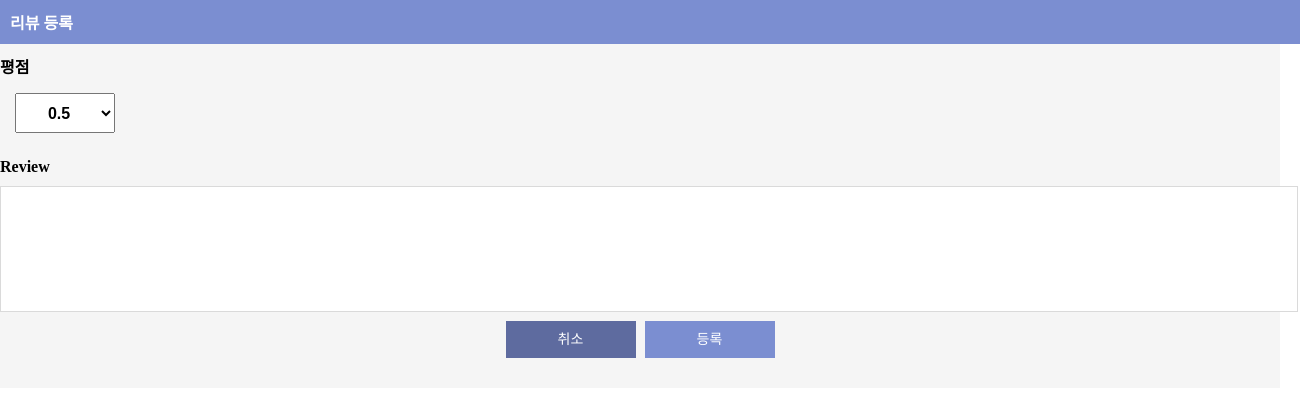
Repository: KimYoungHwans/Yproject
Page: http://localhost/Yproject/WEB-INF/views/replyEnroll.jsp
These files come from the project's save history. The page is drawn as it stood at one moment and after the next save; the edit follows.
The browser window is 1280 px wide. The page is 1300 px wide, so the pictures cover 1300 px, including what lies to the right of the window. The pictures show the whole page.
The page is served by Tomcat 9. Nobody is signed in. Other server files are loaded and not shown. The template is opened directly, without the code that normally fills it, so the values that code supplies are empty.

Above is the page before, as saved 2023-01-18 07:07:54.

### workspace/Yproject/src/main/webapp/WEB-INF/views/replyEnroll.jsp
<%@ page language="java" contentType="text/html; charset=UTF-8"
    pageEncoding="UTF-8"%>
<!DOCTYPE html>
<html>
<head>
<meta charset="UTF-8">
<title>Insert title here</title>

<script
  src="https://code.jquery.com/jquery-3.4.1.js"
  integrity="sha256-WpOohJOqMqqyKL9FccASB9O0KwACQJpFTUBLTYOVvVU="
  crossorigin="anonymous"></script>

   <style type="text/css">
  	/* 창 여분 없애기 */
  	body{
  		margin : 0;
  	}
  	/* 전체 배경화면 색상 */
  	.wrapper_div{
		background-color: #f5f5f5;
	    height: 100%;
  	}
 	/* 팝업창 제목 */
  	.subject_div{
	    width: 100%;
	    background-color: #7b8ed1;
	    color: white;
	    padding: 10px;
	    font-weight: bold;
  	}

  	/* 컨텐츠, 버튼 영역 padding */
  	.input_wrap{
  		padding: 30px;
  	}
  	.btn_wrap{
  		padding: 5px 30px 30px 30px;
  		text-align: center;
  	}

  	/* 버튼 영역 */
  	.cancle_btn{
  		margin-right:5px;
  	    display: inline-block;
	    width: 130px;
	    background-color: #5e6b9f;
	    padding-top: 10px;
	    height: 27px;
	    color: #fff;
	    font-size: 14px;
	    line-height: 18px;
  	}
  	.enroll_btn{
   	    display: inline-block;
	    width: 130px;
	    background-color: #7b8ed1;
	    padding-top: 10px;
	    height: 27px;
	    color: #fff;
	    font-size: 14px;
	    line-height: 18px;
  	}

	/* 상품제목 영역 */
	.productName_div h2{
		margin : 0;
	}
  	/* 평점 영역 */
  	.rating_div{
  		padding-top: 10px;
  	}
  	.rating_div h4{
  		margin : 0;
  	}
  	select{
  	margin: 15px;
    width: 100px;
    height: 40px;
    text-align: center;
    font-size: 16px;
    font-weight: 600;
  	}
  	/* 리뷰 작성 영역 */
  	.content_div{
  		padding-top: 10px;
  	}
  	.content_div h4{
  		margin : 0;
  	}
  	textarea{
		width: 100%;
	    height: 100px;
	    border: 1px solid #dadada;
	    padding: 12px 8px 12px 8px;
	    font-size: 15px;
	    color: #a9a9a9;
	    resize: none;
	    margin-top: 10px;
  	}

  </style>
</head>
<body>

	<div class="wrapper_div">
		<div class="subject_div">
			리뷰 등록
		</div>

		<div class="rating_div">
			<h4> 평점 </h4>
				<select name="rating">
					<option value="0.5">0.5</option>
					<option value="1.0">1.0</option>
					<option value="1.5">1.5</option>
					<option value="2.0">2.0</option>
					<option value="2.5">2.5</option>
					<option value="3.0">3.0</option>
					<option value="3.5">3.5</option>
					<option value="4.0">4.0</option>
					<option value="4.5">4.5</option>
					<option value="5.0">5.0</option>
				</select>
		</div>
		<div class="content_div">
			<h4>Review</h4>
			<textarea name="content"></textarea>
		</div>

		<div class="btn_wrap">
			<a class="cancle_btn">취소</a>
			<a class="enroll_btn">등록</a>
		</div>

	</div>


	<script>

	//취소 버튼
	$(".cancle_btn").on("click", function(e){

		window.close();
	});


	//등록 버튼
	$(".enroll_btn").on("click",function(e){

		const productId = '${productIntro.productId}';
		const memberId = '${memberId}';
		const rating = $("select").val();
		const content = $("textarea").val();

		const data = {
				productId : productId,
				memberId : memberId,
				rating : rating,
				content : content
		}

		$.ajax({
			data : data,
			type : 'POST',
			url : '/reply/enroll',
			success : function(result){

				//댓글 초기화 후 팝업 창 닫아주기
				$(opener.location).attr("href", "javascript:replyListInit();");
				window.close();

			}

		});
	});

	</script>

</body>
</html>

After the next save:
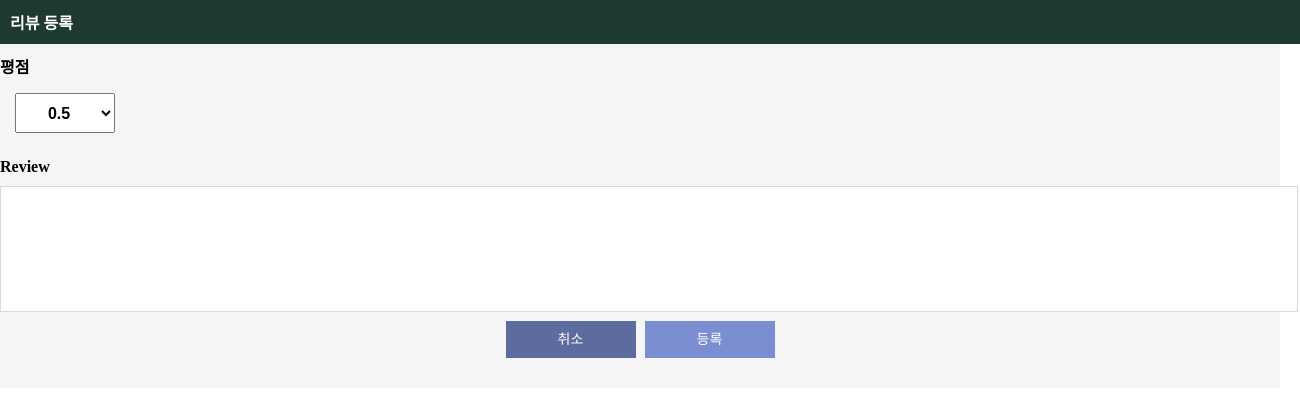
Saved 18 s later.
--- a/workspace/Yproject/src/main/webapp/WEB-INF/views/replyEnroll.jsp
+++ b/workspace/Yproject/src/main/webapp/WEB-INF/views/replyEnroll.jsp
@@ -24,7 +24,7 @@
  	/* 팝업창 제목 */
   	.subject_div{
 	    width: 100%;
-	    background-color: #7b8ed1;
+	    background-color: #1e3932;
 	    color: white;
 	    padding: 10px;
 	    font-weight: bold;
